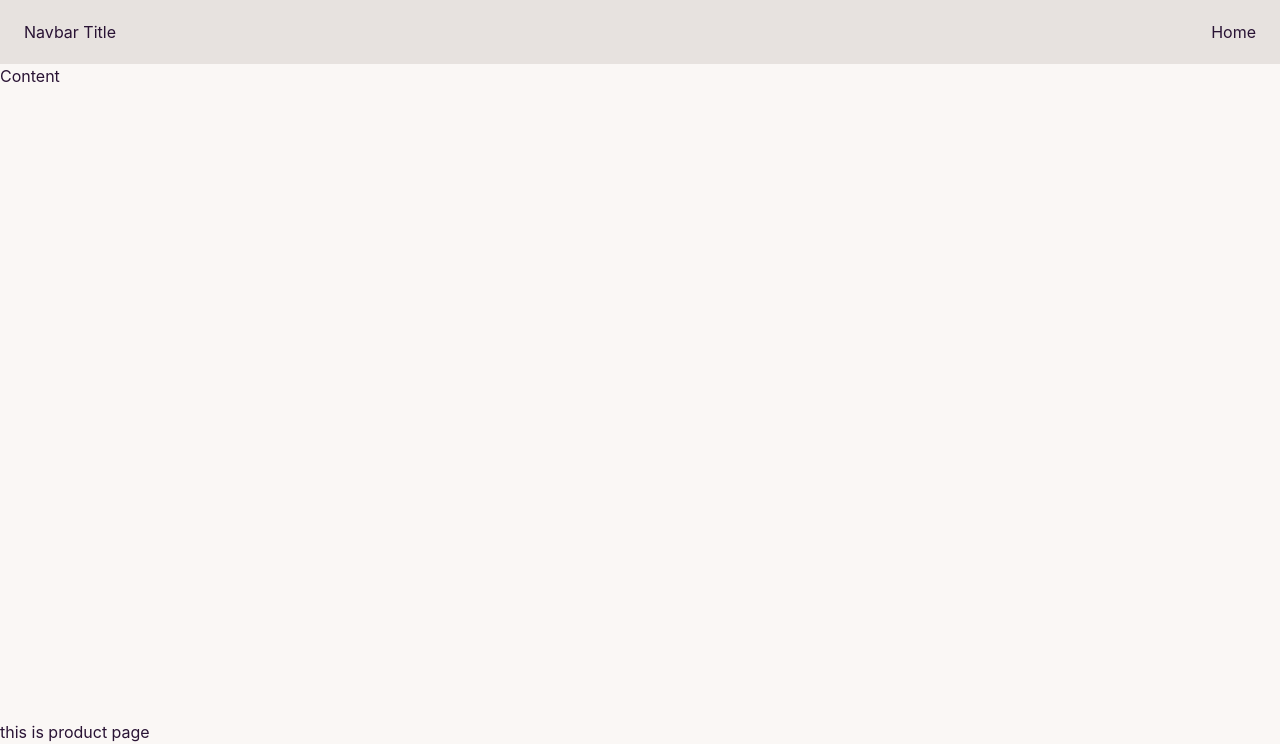
Repository: Tanvir3744/admin-portal
Page: /
An editor plug-in stored every save of this project. The page is shown before and after the next save, followed by the edit.
The browser window is 1280 px wide. The pictures show the whole page.
The project was rebuilt for these pictures with package versions that can differ from the ones it lists, and the page was loaded fresh each time.

Above is the page before, as saved 2022-07-22 20:12:21.

### src/index.js
import React from 'react';
import ReactDOM from 'react-dom/client';
import './index.css';
import App from './App';
import reportWebVitals from './reportWebVitals';
import { Provider } from 'react-redux'
import { store } from './Redux/Store'
import { BrowserRouter } from 'react-router-dom'
const root = ReactDOM.createRoot(document.getElementById('root'));
root.render(
  <React.StrictMode>
    <Provider store={store}>
      <BrowserRouter>
        <App />
      </BrowserRouter>
    </Provider>
  </React.StrictMode>
);

// If you want to start measuring performance in your app, pass a function
// to log results (for example: reportWebVitals(console.log))
// or send to an analytics endpoint. Learn more: https://bit.ly/CRA-vitals
reportWebVitals();

### src/index.css
/* tailwind css configuration */
@tailwind base;
@tailwind components;
@tailwind utilities;

body {
  margin: 0;
  font-family: -apple-system, BlinkMacSystemFont, 'Segoe UI', 'Roboto', 'Oxygen',
    'Ubuntu', 'Cantarell', 'Fira Sans', 'Droid Sans', 'Helvetica Neue',
    sans-serif;
  -webkit-font-smoothing: antialiased;
  -moz-osx-font-smoothing: grayscale;
}

code {
  font-family: source-code-pro, Menlo, Monaco, Consolas, 'Courier New',
    monospace;
}

### src/App.js
import Header from './components/Header/Header'
import {Route, Routes } from 'react-router-dom';
import Products from './components/Products/Products';
function App() {
  return (
    <div className="App">
      <Header></Header>
      <Routes>
        <Route path='/' element={<Products/>}></Route>
      </Routes>
    </div>
  );
}

export default App;

### src/Redux/Store.js
import { createStore } from 'redux';
import { rootReducers } from './Reducers';
export const store = createStore(rootReducers,
    {},
     window.__REDUX_DEVTOOLS_EXTENSION__ && window.__REDUX_DEVTOOLS_EXTENSION__()
) // the second argument could be a middleware I'm gonna use that later

### src/components/Header/Header.js
import React from 'react';
import { Link } from 'react-router-dom'
const Header = () => {
    const menuItem = <>
        <li><Link to='/home'>Home</Link></li>
    </>
    return (
        <div>
            <div class="drawer">
                <input id="my-drawer-3" type="checkbox" class="drawer-toggle" />
                <div class="drawer-content flex flex-col">

                    <div class="w-full navbar bg-base-300">
                        <div class="flex-none lg:hidden">
                            <label for="my-drawer-3" class="btn btn-square btn-ghost">
                                <svg xmlns="http://www.w3.org/2000/svg" fill="none" viewBox="0 0 24 24" class="inline-block w-6 h-6 stroke-current"><path stroke-linecap="round" stroke-linejoin="round" stroke-width="2" d="M4 6h16M4 12h16M4 18h16"></path></svg>
                            </label>
                        </div>
                        <div class="flex-1 px-2 mx-2">Navbar Title</div>
                        <div class="flex-none hidden lg:block">
                            <ul class="menu menu-horizontal">
                                {menuItem}
                            </ul>
                        </div>
                    </div>

                    Content
                </div>
                <div class="drawer-side">
                    <label for="my-drawer-3" class="drawer-overlay"></label>
                    <ul class="menu p-4 overflow-y-auto w-80 bg-base-100">
                        {menuItem}
                    </ul>

                </div>
            </div>
        </div>
    );
};

export default Header;

### src/components/Products/Products.js
import React from 'react';

const Products = () => {
    return (
        <div>
           <h2>this is product page</h2>
        </div>
    );
};

export default Products;

### src/Redux/Reducers/index.js
import { combineReducers } from 'redux';
import { setProductReducers } from '../Reducers/Reducers';

export const rootReducers = combineReducers({
    setProdReducer : setProductReducers,
})

### src/Redux/Reducers/Reducers.js
import { ActionType } from '../ActionTypes/ActionContstant'

//initializing the state here
const initProdState = {
    products: [
        {
            "img": "https://m.media-amazon.com/images/I/71wrIZujPIL._AC_UL320_.jpg",
            "name": "Roku Streaming Stick 4K 2021",
            "desc": "Streaming Device 4K/HDR/Dolby Vision with Roku Voice Remote and TV Controls",
            "price": "$29.99"
        },
        {
            "img": "https://m.media-amazon.com/images/I/717dWfmxXVL._AC_UL320_.jpg",
            "name": "Roku Express | HD Streaming Media",
            "desc": "Player with High Speed HDMI Cable and Simple Remote",
            "price": "$19.99"
        },
        {
            "img": "https://m.media-amazon.com/images/I/71rXSVqET9L._AC_UL320_.jpg",
            "name": "Sceptre 24 inch Professional Thin 75Hz",
            "desc": "1080p LED Monitor 2x HDMI VGA Build-in Speakers, Machine Black (E248W-19203R Series)",
            "price": "$99.99"
        },
        {
            "img": "https://m.media-amazon.com/images/I/712xpaJPT6L._AC_UL320_.jpg",
            "name": "Logitech C922x Pro Stream Webcam ",
            "desc": "Full 1080p HD Camera",
            "price": "$109.99"
        }
    ]
}

console.log(initProdState)
export const setProductReducers = (state = initProdState, { type, payload }) => {
    switch (type) {
        case ActionType.SET_PRODUCTS:
            return state;

        default:
            return state;
    }
}

### src/Redux/ActionTypes/ActionContstant.js
export const ActionType = {
    SET_PRODUCTS: "SET_PRODUCTS",
    SELECTED_PRODUCT: 'SELECTED_PRODUCT',
    REMOVE_SELECTED_PRODUCT : 'REMOVE_SELECTED_PRODUCT',
}

### tailwind.config.js
/** @type {import('tailwindcss').Config} */
module.exports = {
  content: ["./src/**/*.{html,js}"],
  theme:{
    extend: {
      daisyui: {
        themes: [
          {
            mytheme: {
              "primary": "#ffc4d3",
              "secondary": "#f285d6",
              "accent": "#6501ad",
              "neutral": "#1B1D23",
              "base-100": "#EDE6EF",
              "info": "#408BC4",
              "success": "#24BC85",
              "warning": "#A26F11",
              "error": "#F4627A",
            },
          },
        ],
      },
    },
  },
  daisyui: {
    themes: ["cupcake","cmyk"],
  },
  plugins: [require("daisyui")],
}

Loaded but not shown: public/index.html (common file); src/reportWebVitals.js (common file)

After the next save:
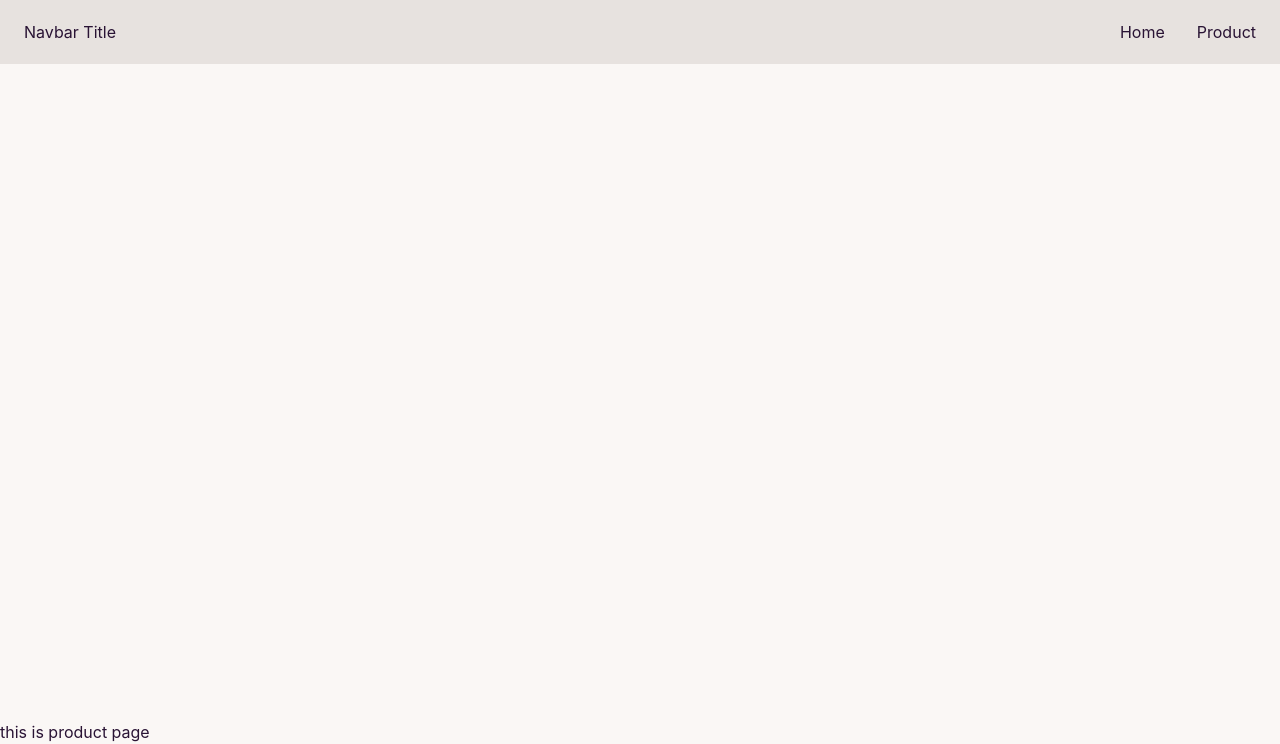
Saved 35 s later.
--- a/src/components/Header/Header.js
+++ b/src/components/Header/Header.js
@@ -3,6 +3,7 @@ import { Link } from 'react-router-dom'
 const Header = () => {
     const menuItem = <>
         <li><Link to='/home'>Home</Link></li>
+        <li><Link to='/product'>Product</Link></li>
     </>
     return (
         <div>
@@ -23,8 +24,6 @@ const Header = () => {
                             </ul>
                         </div>
                     </div>
-
-                    Content
                 </div>
                 <div class="drawer-side">
                     <label for="my-drawer-3" class="drawer-overlay"></label>
